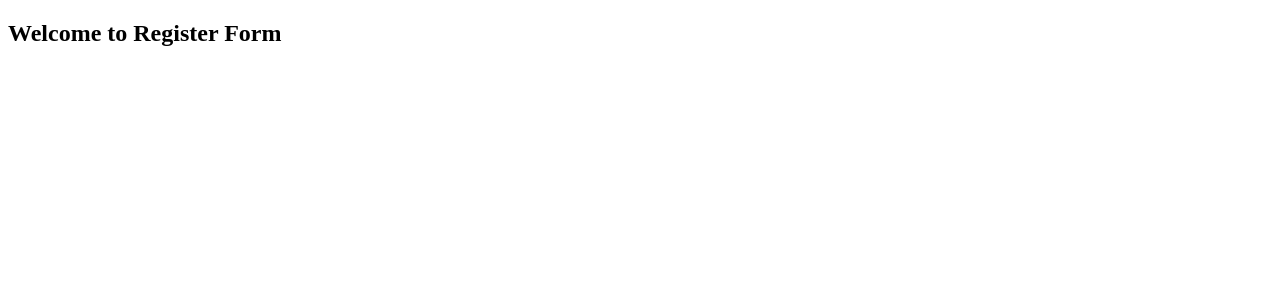
Repository: zeeshan495/Banking_project
Page: http://localhost/Banking/RegisterForm.jsp
An editor plug-in stored every save of this project. The page is shown before and after the next save, followed by the edit.
The browser window is 1280 px wide. The pictures show the whole page.
The page is served by Tomcat 9.

Above is the page before, as saved 2018-11-08 11:33:05.

After the next save:
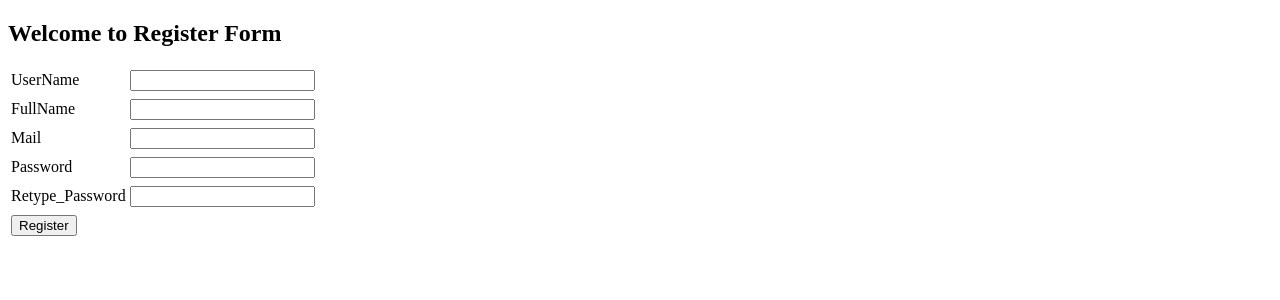
Saved 17 s later.
--- a/Banking/WebContent/RegisterForm.jsp
+++ b/Banking/WebContent/RegisterForm.jsp
@@ -9,6 +9,50 @@
 <body>
 <h2>Welcome to Register Form</h2>
 <form>
+<table>
+				<tr>
+					<td>UserName</td>
+					<td><input type="text" onchange="lengthMessage(this.value)"
+						id="userName" name="uName"></td>
+				</tr>
+				<tr>
+					<td colspan="2"><span id="uname"></span></td>
+				</tr>
+				<tr>
+					<td>FullName</td>
+					<td><input type="text" id="fullName" name="fName" required></td>
+				</tr>
+				<tr>
+					<td colspan="2"><span id="fname"></span></td>
+				</tr>
+				<tr>
+					<td>Mail</td>
+					<td><input type="email" onchange="mailMessage(this.value)"
+						id="mailId" name="mail"></td>
+				</tr>
+				<tr>
+					<td colspan="2"><span id="email"></span></td>
+				</tr>
+				<tr>
+					<td>Password</td>
+					<td><input type="password" onchange="pwdLength(this.value)"
+						id="password" name="Password"></td>
+				</tr>
+				<tr>
+					<td colspan="2"><span id="pwd"></span></td>
+				</tr>
+				<tr>
+					<td>Retype_Password</td>
+					<td><input type="password" onchange="pwdMatch(this.value)"
+						name="Repassword"></td>
+				</tr>
+				<tr>
+					<td colspan="2"><span id="repwd"></span></td>
+				</tr>
+				<tr>
+					<td><input type="submit" value="Register"></td>
+				</tr>
+			</table>
 <!-- <table>
 <tr>
 <td>UserName</td>
